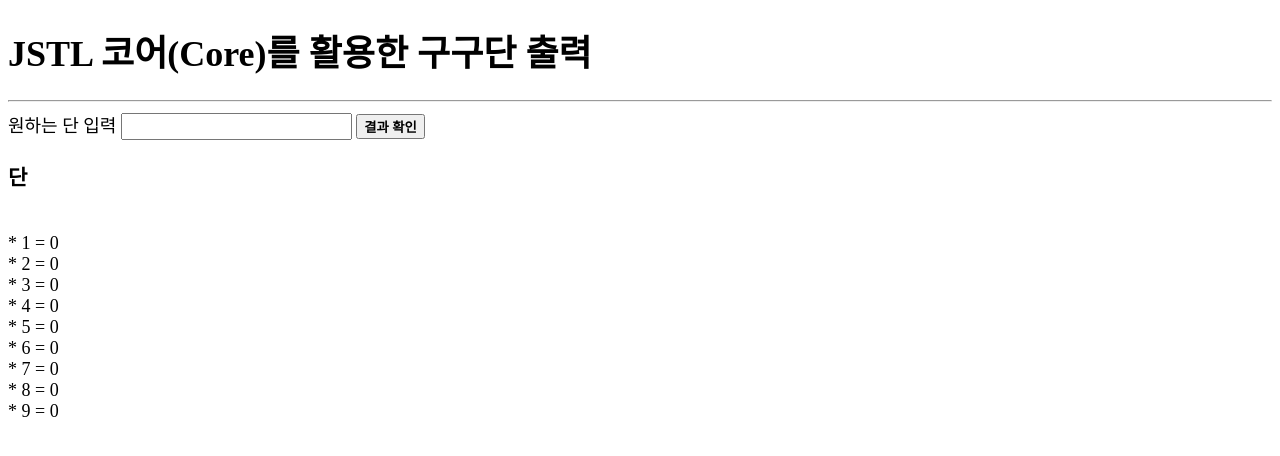
Repository: onpul/Web
Page: http://localhost/WebApp22/Gugudan.jsp
The author's editor kept a copy of each file at every save. The page is drawn from the files as they stood at one save, then again after the next save.
The browser window is 1280 px wide. The pictures show the whole page.
The page is served by Tomcat 9. Other server files are loaded and not shown.

Above is the page before, as saved 2022-04-29 08:04:41.

### WebApp22/WebContent/Gugudan.jsp
<%@ page contentType="text/html; charset=UTF-8"%>
<%@ taglib prefix="c" uri="http://java.sun.com/jsp/jstl/core"%>
<%
	request.setCharacterEncoding("UTF-8");
	String cp = request.getContextPath();
%>
<!DOCTYPE html>
<html>
<head>
<meta charset="UTF-8">
<title>Gugudan.jsp</title>
<link rel="stylesheet" type="text/css" href="<%=cp %>/css/main.css">
</head>
<body>

<!-- 원하는 단을 입력받아 구구단을 출력하는 JSP 페이지를 구성한다.
     단, JSTL Core if 문과 forEach 구문을 활용한다. -->

<div>
	<h1>JSTL 코어(Core)를 활용한 구구단 출력</h1>
	<hr>
</div>

<div>
	<form action="">
		원하는 단 입력 <input type="text" name="dan" class="txt"/>

		<button type="submit" class="btn">결과 확인</button>
	</form>
</div>

<div>
	<!-- 결과 처리 -->
	<h3>${param.dan } 단</h3><br>
	<c:forEach var="a" begin="1" end="9" step="1">
		${param.dan} * ${a } = ${param.dan * a} <br>
	</c:forEach>
</div>

</body>
</html>

### WebApp22/WebContent/css/main.css
@charset "UTF-8";

*
{
	font-family: 맑은고딕;
	color: black;
}

body, p, div, span, input, table, th, td, select
{
	font-size: 18px;
}

.control
{
	border: 1px solid gray;
	border-radius: 3px;
}

.table
{
	border-collapse: collapse;
	width: 100%;
}

.table th, .table td
{
	border: 1px solid gray;
	border-left: 0px;
	border-right: 0px;
	padding: 3px;
	line-height: 150%;
}

.table th
{
	font-weight: bold;
	background-color: #eeeeee;
}

.btn
{
	font-weight: bold;
}

.btn:hover
{
	color: white;
	background-color: #787;
}

After the next save:
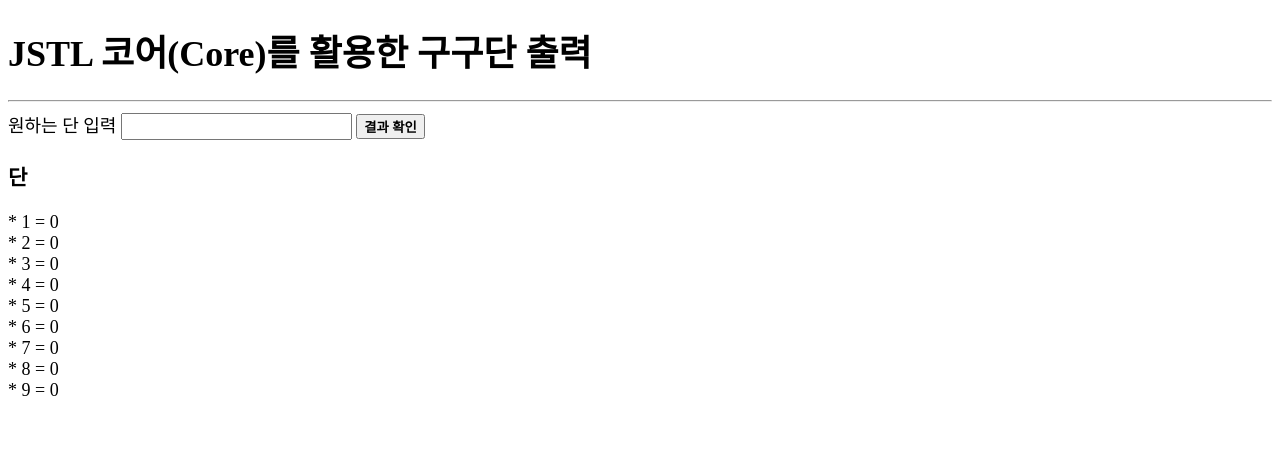
Saved 47 s later.
--- a/WebApp22/WebContent/Gugudan.jsp
+++ b/WebApp22/WebContent/Gugudan.jsp
@@ -31,7 +31,7 @@
 
 <div>
 	<!-- 결과 처리 -->
-	<h3>${param.dan } 단</h3><br>
+	<h3>${param.dan } 단</h3>
 	<c:forEach var="a" begin="1" end="9" step="1">
 		${param.dan} * ${a } = ${param.dan * a} <br>
 	</c:forEach>
